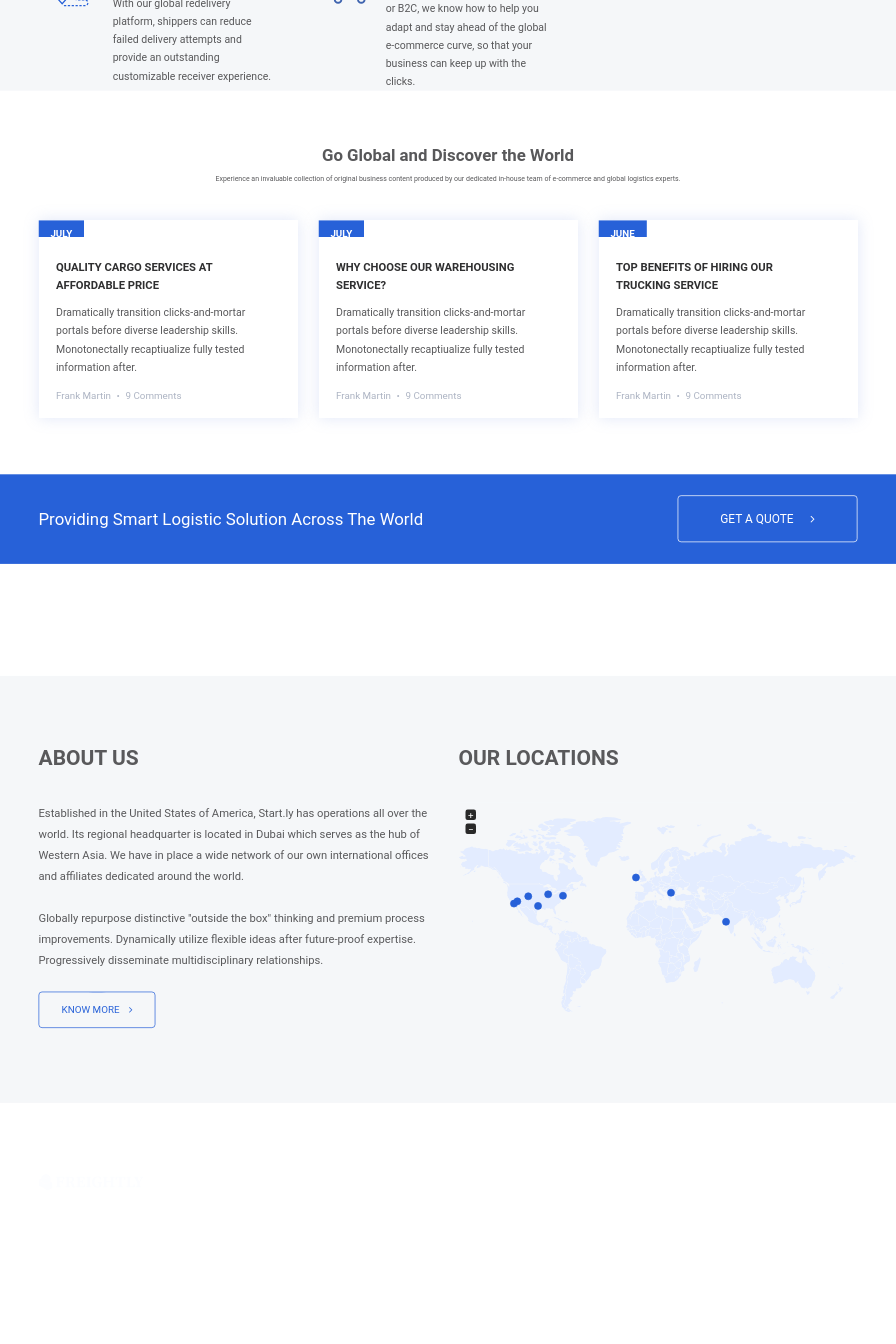
Repository: greatchriz/shipery
Page: http://localhost/
The author's editor kept a copy of each file at every save. The page is drawn from the files as they stood at one save, then again after the next save.
The browser window is 1280 px wide. The pictures show the part of the page from y = 571 to 2491 px (the page is 2739 px tall before and 2743 px after), at 70% of full size.
The page is served by the project's Laravel application, run on PHP 8.4 with Laravel 10. Other server files are loaded and not shown.

Above is the page before, as saved 2024-02-02 16:48:25.
Console error: TypeError: navbar.affix is not a function

### routes/web.php
<?php

use App\Http\Controllers\ItemController;
use App\Http\Controllers\ProfileController;
use Illuminate\Support\Facades\Route;
use App\Http\Controllers\MainPageController;
use App\Http\Controllers\DashboardController;
/*
|--------------------------------------------------------------------------
| Web Routes
|--------------------------------------------------------------------------
|
| Here is where you can register web routes for your application. These
| routes are loaded by the RouteServiceProvider and all of them will
| be assigned to the "web" middleware group. Make something great!
|
*/

Route::get('/', [MainPageController::class, 'home'])->name('home');
Route::get('/about-us', [MainPageController::class, 'aboutUs'])->name('about-us');
Route::get('/contact-us', [MainPageController::class, 'contactUs'])->name('contact-us');
Route::get('/tracking', [MainPageController::class, 'tracking'])->name('tracking');
Route::post('/track', [ItemController::class, 'show'])->name('track');


Route::get('/dashboard', [DashboardController::class, 'dashboard'])->middleware(['auth', 'verified'])->name('dashboard');

Route::get('/senders', [DashboardController::class, 'senderIndex'])->middleware(['auth', 'verified'])->name('sender.index');

Route::middleware('auth')->group(function () {
    Route::get('/profile', [ProfileController::class, 'edit'])->name('profile.edit');
    Route::patch('/profile', [ProfileController::class, 'update'])->name('profile.update');
    Route::delete('/profile', [ProfileController::class, 'destroy'])->name('profile.destroy');
});

require __DIR__.'/auth.php';

### app/Http/Controllers/MainPageController.php
<?php

namespace App\Http\Controllers;

use App\Models\MainPage;
use Illuminate\Http\Request;

class MainPageController extends Controller
{
    /**
     * Display a listing of the resource.
     */
    public function home()
    {
        return view('welcome');
    }

    /**
     * Show the form for creating a new resource.
     */
    public function aboutUs()
    {
        return view('about');
    }

    public function contactUs()
    {
        return view('contact');
    }


    public function tracking()
    {
        return view('tracking');
    }


    /**
     * Store a newly created resource in storage.
     */
    public function store(Request $request)
    {
        //
    }

    /**
     * Display the specified resource.
     */
    public function show(MainPage $mainPage)
    {
        //
    }

    /**
     * Show the form for editing the specified resource.
     */
    public function edit(MainPage $mainPage)
    {
        //
    }

    /**
     * Update the specified resource in storage.
     */
    public function update(Request $request, MainPage $mainPage)
    {
        //
    }

    /**
     * Remove the specified resource from storage.
     */
    public function destroy(MainPage $mainPage)
    {
        //
    }
}

### resources/views/welcome.blade.php
<x-front-layout>
    <x-sections.main_slider />

    <x-sections.feature_slider />

    <x-sections.main_feature />

    <x-sections.our_blog />

    <x-sections.get_quote />

    <x-sections.testimonials_area />

    <x-sections.about_area />

    <x-sections.client_logo_area />

</x-front-layout>

### resources/views/components/sections/feature_slider.blade.php
<section class="feature_slider_area">
    <div class="container">
      <div class="row feature_row">
        <div class="feature_slider_inner owl-carousel">
          <div class="item">
            <div class="feature_s_item">
              <img
                alt=""
                class="svg social-link"
                src="/img/icon/svg/aeroplane.svg" />
              <a href="#">
                <h4>Air Cargo</h4>
              </a>
              <p>
                Whether you need to ship urgent or oversized cargo, we have the expertise and network to deliver it safely and on time. Our air cargo services cover all major airports around the world, with competitive rates and flexible options.
              </p>
            </div>
          </div>
          <div class="item">
            <div class="feature_s_item">
              <img
                alt=""
                class="svg social-link"
                src="/img/icon/svg/ship.svg" />
              <a href="#">
                <h4>Sea Freight</h4>
              </a>
              <p>
                We offer reliable and cost-effective sea freight solutions for any type of cargo, from containers to bulk and project cargo. Our sea freight services include port-to-port, door-to-door, and multimodal transportation, as well as customs clearance and documentation.
              </p>
            </div>
          </div>
          <div class="item">
            <div class="feature_s_item">
              <img
                alt=""
                class="svg social-link"
                src="/img/icon/svg/delivery-truck.svg" />
              <a href="#">
                <h4>Road Transport</h4>
              </a>
              <p>
                We provide efficient and economical road transport solutions for your domestic and cross-border shipments. Our road transport services include full truckload, less than truckload, and express delivery, as well as specialized vehicles and equipment for heavy or fragile cargo.
              </p>
            </div>
          </div>

        </div>
      </div>
    </div>
  </section>

### resources/views/components/sections/main_feature.blade.php
<section class="main_feature_area">
    <div class="left_feature_content">
      <div class="left_feature_inner_text">
        <div class="media">
          <div class="media-left">
            <img
              class="svg social-link"
              src="/img/icon/svg/pointer.svg"
              alt="" />
          </div>
          <div class="media-body">
            <a href="#">
              <h4>Preferential Rates</h4>
            </a>
            <p>
                Our competitive, up-front, volume-based pricing for door-to-door express shipping makes costs predictable and easy to manage.
            </p>
          </div>
        </div>
        <div class="media">
          <div class="media-left">
            <img
              class="svg social-link"
              src="/img/icon/svg/warehouse.svg"
              alt="" />
          </div>
          <div class="media-body">
            <a href="#">
              <h4>Tailored Solutions</h4>
            </a>
            <p>
                From centralized management to API’s and Shopfront integrations, we have expedited shipment creation, monitoring and billing solutions that work for your needs – not ours.
            </p>
          </div>
        </div>
        <div class="media">
          <div class="media-left">
            <img
              class="svg social-link"
              src="/img/icon/svg/route.svg"
              alt="" />
          </div>
          <div class="media-body">
            <a href="#">
              <h4>On Demand Delivery for Shippers</h4>
            </a>
            <p>
                With our global redelivery platform, shippers can reduce failed delivery attempts and provide an outstanding customizable receiver experience.
            </p>
          </div>
        </div>
        <div class="media">
          <div class="media-left">
            <img
              class="svg social-link"
              src="/img/icon/svg/delivery-truck2.svg"
              alt="" />
          </div>
          <div class="media-body">
            <a href="#">
              <h4>E-Commerce Expertise</h4>
            </a>
            <p>
                Whether you’re selling online B2B or B2C, we know how to help you adapt and stay ahead of the global e-commerce curve, so that your business can keep up with the clicks.
            </p>
          </div>
        </div>
      </div>
    </div>
    <div class="right_feature_image">
      <img src="/img/feature-right.jpg" alt="" />
    </div>
  </section>

### resources/views/components/sections/our_blog.blade.php
<section class="our_blog_area">
    <div class="container">
      <div class="main_title">
        <h3 style="font-weight: bolder;">Go Global and Discover the World</h3>
        <p style="margin-top: 10px; font-size: 10px">Experience an invaluable collection of original business content produced by our dedicated in-house team of e-commerce and global logistics experts.</p>
      </div>
      <div class="row our_blog_inner">
        <div class="col-md-4">
          <div class="our_blog_item">
            <div class="our_blog_img">
              <img src="/img/blog/our-blog/our-blog-1.jpg" alt="" />
              <div class="b_date">
                <h6>JULY</h6>
                <h5>25</h5>
              </div>
            </div>
            <div class="our_blog_content">
              <a href="blog-details.html">
                <h4>QUALITY CARGO SERVICES AT AFFORDABLE PRICE</h4>
              </a>
              <p>
                Dramatically transition clicks-and-mortar portals before
                diverse leadership skills. Monotonectally recaptiualize fully
                tested information after.
              </p>
              <h6>
                <a href="#">Frank Martin</a><span>•</span
                ><a href="#">9 Comments</a>
              </h6>
            </div>
          </div>
        </div>
        <div class="col-md-4">
          <div class="our_blog_item">
            <div class="our_blog_img">
              <img src="/img/blog/our-blog/our-blog-2.jpg" alt="" />
              <div class="b_date">
                <h6>JULY</h6>
                <h5>12</h5>
              </div>
            </div>
            <div class="our_blog_content">
              <a href="blog-details.html">
                <h4>WHY CHOOSE OUR WAREHOUSING SERVICE?</h4>
              </a>
              <p>
                Dramatically transition clicks-and-mortar portals before
                diverse leadership skills. Monotonectally recaptiualize fully
                tested information after.
              </p>
              <h6>
                <a href="#">Frank Martin</a><span>•</span
                ><a href="#">9 Comments</a>
              </h6>
            </div>
          </div>
        </div>
        <div class="col-md-4">
          <div class="our_blog_item">
            <div class="our_blog_img">
              <img src="/img/blog/our-blog/our-blog-3.jpg" alt="" />
              <div class="b_date">
                <h6>June</h6>
                <h5>07</h5>
              </div>
            </div>
            <div class="our_blog_content">
              <a href="blog-details.html">
                <h4>
                  TOP BENEFITS OF HIRING OUR <br class="b_title_br" />TRUCKING
                  SERVICE
                </h4>
              </a>
              <p>
                Dramatically transition clicks-and-mortar portals before
                diverse leadership skills. Monotonectally recaptiualize fully
                tested information after.
              </p>
              <h6>
                <a href="#">Frank Martin</a><span>•</span
                ><a href="#">9 Comments</a>
              </h6>
            </div>
          </div>
        </div>
      </div>
    </div>
  </section>

### resources/views/components/sections/get_quote.blade.php
<section class="get_quote_area">
    <div class="container">
      <div class="pull-left">
        <h4>Providing Smart Logistic Solution Across The World</h4>
      </div>
      <div class="pull-right">
        <a class="b_get_btn" href="request-quote.html"
          >Get a Quote <i class="fa fa-angle-right"></i
        ></a>
      </div>
    </div>
  </section>

### resources/views/components/sections/testimonials_area.blade.php
<section class="testimonials_area">
    <div class="container">
      <div class="testimonials_inner">
        <div class="testimonials_slider owl-carousel">
          <div class="item">
            <img
              class="img-circle"
              src="/img/testimonials/testimonials-1.png"
              alt="" />
            <p>
              Lorem Ipsum is simply dummy text of the printing and typesetting
              industry. Lorem Ipsum has been the industry's standard dummy
              text ever since the 1500s, when an unknown printer took a galley
              of type and scrambled it to make a type specimen book.
            </p>
            <h4>Steve Jobs</h4>
          </div>
          <div class="item">
            <img
              class="img-circle"
              src="/img/testimonials/testimonials-1.png"
              alt="" />
            <p>
              Lorem Ipsum is simply dummy text of the printing and typesetting
              industry. Lorem Ipsum has been the industry's standard dummy
              text ever since the 1500s, when an unknown printer took a galley
              of type and scrambled it to make a type specimen book.
            </p>
            <h4>Jon Anderson</h4>
          </div>
          <div class="item">
            <img
              class="img-circle"
              src="/img/testimonials/testimonials-1.png"
              alt="" />
            <p>
              Lorem Ipsum is simply dummy text of the printing and typesetting
              industry. Lorem Ipsum has been the industry's standard dummy
              text ever since the 1500s, when an unknown printer took a galley
              of type and scrambled it to make a type specimen book.
            </p>
            <h4>Steve Jobs</h4>
          </div>
        </div>
      </div>
    </div>
  </section>

### resources/views/components/sections/about_area.blade.php
<section class="about_area">
    <div class="container">
      <div class="row">
        <div class="col-md-6">
          <div class="about_left_text">
            <h3 class="single_title">About Us</h3>
            <p>
              Established in the United States of America, Start.ly has
              operations all over the world. Its regional headquarter is
              located in Dubai which serves as the hub of Western Asia. We
              have in place a wide network of our own international offices
              and affiliates dedicated around the world.
            </p>
            <p>
              Globally repurpose distinctive "outside the box" thinking and
              premium process improvements. Dynamically utilize flexible ideas
              after future-proof expertise. Progressively disseminate
              multidisciplinary relationships.
            </p>
            <a class="more_btn" href="#"
              >KNOW MORE <i class="fa fa-angle-right"></i
            ></a>
          </div>
        </div>
        <div class="col-md-6">
          <h4 class="single_title">OUR LOCATIONS</h4>

          <div id="jvectormap"></div>
        </div>
      </div>
    </div>
  </section>

### resources/views/components/sections/client_logo_area.blade.php
<section class="client_logo_area">
    <div class="container">
        <div class="client_slider owl-carousel">
            <div class="item">
                <img src="/img/client-logo/client-1.png" alt="" />
            </div>
            <div class="item">
                <img src="/img/client-logo/client-2.png" alt="" />
            </div>
            <div class="item">
                <img src="/img/client-logo/client-3.png" alt="" />
            </div>
            <div class="item">
                <img src="/img/client-logo/client-4.png" alt="" />
            </div>
            <div class="item">
                <img src="/img/client-logo/client-5.png" alt="" />
            </div>
        </div>
    </div>
</section>

### resources/views/components/navigation.blade.php
@props(['active', 'navLink', 'navTitle'])

@php
$classes = ($active ?? false)
    ? 'active'
    : '';
@endphp

<li {{ $attributes->merge(['class' => $classes]) }}>
    <a href="{{ $navLink }}">{{ $navTitle }}</a>
</li>

Loaded but not shown: app/Providers/AppServiceProvider.php (common file); routes/auth.php (common file); app/Http/Controllers/Auth/EmailVerificationPromptController.php (common file); app/Http/Controllers/Controller.php (common file); app/Http/Controllers/Auth/VerifyEmailController.php (common file); public/css/font-awesome.min.css (library); public/css/bootstrap.min.css (library); public/vendors/revolution/css/settings.css (library); public/vendors/revolution/css/layers.css (library); public/vendors/revolution/css/navigation.css (library); public/vendors/animate-css/animate.css (library); public/vendors/owl-carousel/assets/owl.carousel.min.css (common file); public/vendors/magnific-popup/magnific-popup.css (library); public/css/style.css (library); public/js/jquery-2.2.4.js (library); public/vendors/revolution/js/jquery.themepunch.tools.min.js (library); public/vendors/revolution/js/jquery.themepunch.revolution.min.js (library); public/vendors/revolution/js/extensions/revolution.extension.actions.min.js (library); public/vendors/revolution/js/extensions/revolution.extension.video.min.js (library); public/vendors/revolution/js/extensions/revolution.extension.slideanims.min.js (library); public/vendors/revolution/js/extensions/revolution.extension.layeranimation.min.js (library); public/vendors/revolution/js/extensions/revolution.extension.navigation.min.js (library); public/vendors/owl-carousel/owl.carousel.min.js (library); public/vendors/magnific-popup/jquery.magnific-popup.min.js (library); public/vendors/jvectormap/jvectormap.min.js (library); public/vendors/jvectormap/jvectormap-worldmill.js (library); public/js/script.js (library); public/img/icon/svg/route.svg (89 lines, source omitted); public/img/default.svg (1 lines, source omitted); public/img/default-monochrome-footer.svg (1 lines, source omitted); public/img/icon/svg/pointer.svg (64 lines, source omitted); public/img/icon/svg/warehouse.svg (59 lines, source omitted); public/img/icon/svg/delivery-truck.svg (29 lines, source omitted); public/img/icon/svg/ship.svg (37 lines, source omitted); public/img/icon/svg/delivery-truck2.svg (28 lines, source omitted); public/img/icon/svg/aeroplane.svg (26 lines, source omitted); public/js/locations.js (1 lines, source omitted); resources/views/components/sections/main_slider.blade.php (292 lines, source omitted); resources/views/components/front-layout.blade.php (303 lines, source omitted)

After the next save:
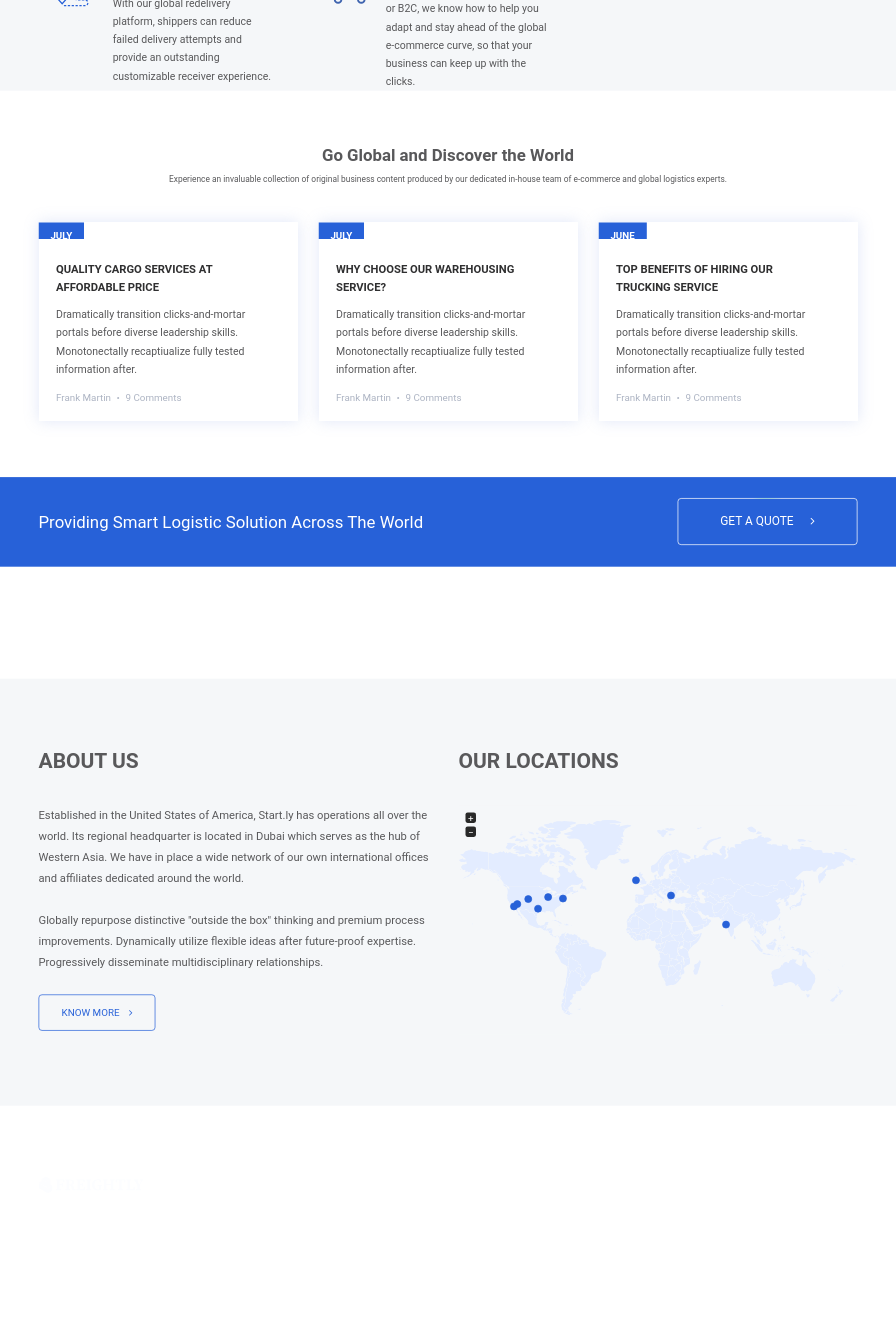
Saved 18 s later.
--- a/resources/views/components/sections/our_blog.blade.php
+++ b/resources/views/components/sections/our_blog.blade.php
@@ -2,7 +2,7 @@
     <div class="container">
       <div class="main_title">
         <h3 style="font-weight: bolder;">Go Global and Discover the World</h3>
-        <p style="margin-top: 10px; font-size: 10px">Experience an invaluable collection of original business content produced by our dedicated in-house team of e-commerce and global logistics experts.</p>
+        <p style="margin-top: 10px; font-size: 12px">Experience an invaluable collection of original business content produced by our dedicated in-house team of e-commerce and global logistics experts.</p>
       </div>
       <div class="row our_blog_inner">
         <div class="col-md-4">
